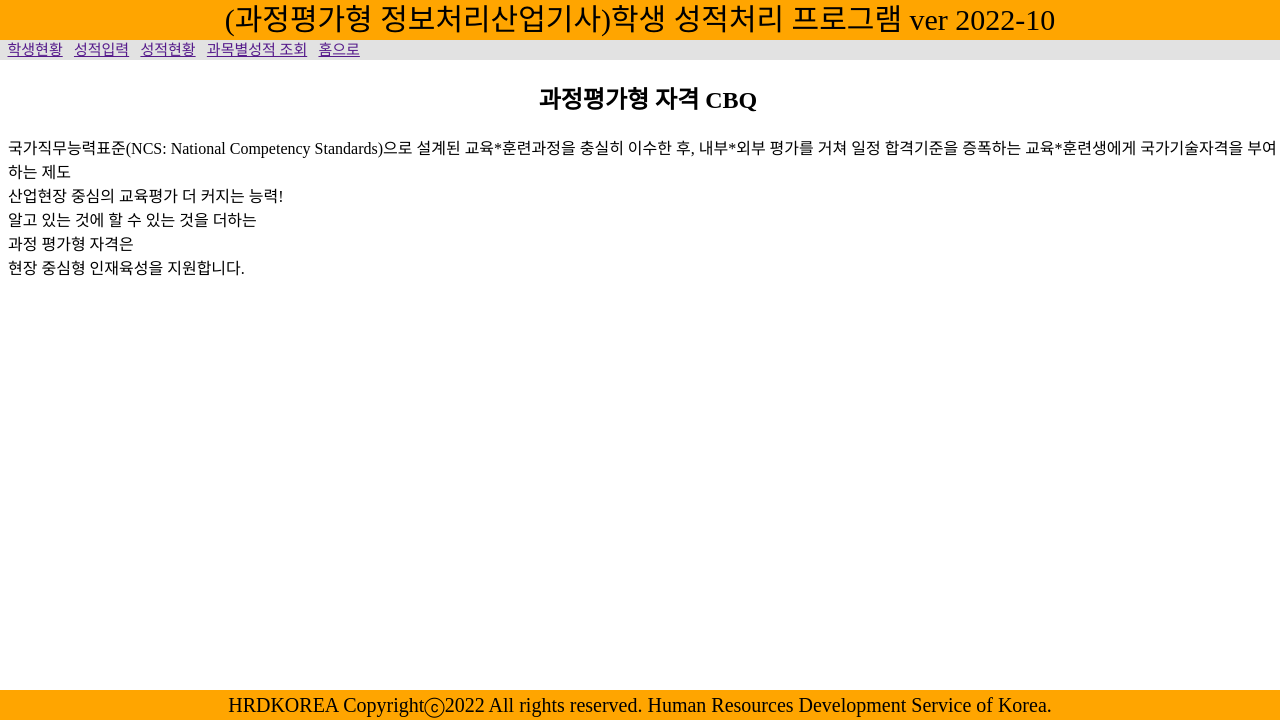
Repository: YeoJeongmo/hrdKorea
Page: http://localhost/HRD_01/
The author's editor kept a copy of each file at every save. The page is drawn from the files as they stood at one save, then again after the next save.
The browser window is 1280 px wide. The pictures show the whole page.
The page is served by Tomcat 9. Other server files are loaded and not shown.

Above is the page before, as saved 2024-09-02 11:40:34.

### cbq_02/workspace/HRD_01/src/main/webapp/index.jsp
<%@ page language="java" contentType="text/html; charset=UTF-8"
    pageEncoding="UTF-8"%>
<!DOCTYPE html>
<html>
<head>
<meta charset="UTF-8">
<title>Insert title here</title>
</head>
<body>
<jsp:include page="header.jsp"></jsp:include>

<section style="position: fixed; top: 60px; width: 100%;">
	<h2 style="text-align: center;">과정평가형 자격 CBQ</h2>
	<p>
	국가직무능력표준(NCS: National Competency Standards)으로 설계된 교육*훈련과정을 충실히 이수한 후, 내부*외부 평가를 거쳐 일정 합격기준을 증폭하는 교육*훈련생에게 국가기술자격을 부여하는 제도<br>
	산업현장 중심의 교육평가 더 커지는 능력!<br>
	알고 있는 것에 할 수 있는 것을 더하는<br>
	과정 평가형 자격은<br>
	현장 중심형 인재육성을 지원합니다.
	</p>
</section>
<jsp:include page="footer.jsp"></jsp:include>

</body>
</html>

### cbq_02/workspace/HRD_01/src/main/webapp/header.jsp
<%@ page language="java" contentType="text/html; charset=UTF-8"
    pageEncoding="UTF-8"%>
<!DOCTYPE html>
<html>
<head>
<meta charset="UTF-8">
<title>Insert title here</title>
</head>
<body>

<header style="position: fixed; top: 0; left: 0; width: 100%; line-height: 40px; height: 40px; font-size: 30px; background-color: orange; color: black; text-align: center;">(과정평가형 정보처리산업기사)학생 성적처리 프로그램 ver 2022-10</header>
<nav style="position: fixed; top: 40px; left: 0; width: 100%; line-height: 20px; height: 20px; font-size: 15px; background-color: #e2e2e2; color: black;">
&nbsp;&nbsp;<a href="">학생현황</a>
&nbsp;&nbsp;<a href="">성적입력</a>
&nbsp;&nbsp;<a href="">성적현황</a>
&nbsp;&nbsp;<a href="">과목별성적 조회</a>
&nbsp;&nbsp;<a href="">홈으로</a>
</nav>

</body>
</html>

### cbq_02/workspace/HRD_01/src/main/webapp/footer.jsp
<%@ page language="java" contentType="text/html; charset=UTF-8"
    pageEncoding="UTF-8"%>
<!DOCTYPE html>
<html>
<head>
<meta charset="UTF-8">
<title>Insert title here</title>
</head>
<body>

<footer style="position: fixed; bottom: 0; left: 0; width: 100%; line-height: 30px; height: 30px; font-size: 20px; background-color: orange; color: black; text-align: center;">HRDKOREA Copyrightⓒ2022 All rights reserved. Human Resources Development Service of Korea.</footer>
</body>
</html>

After the next save:
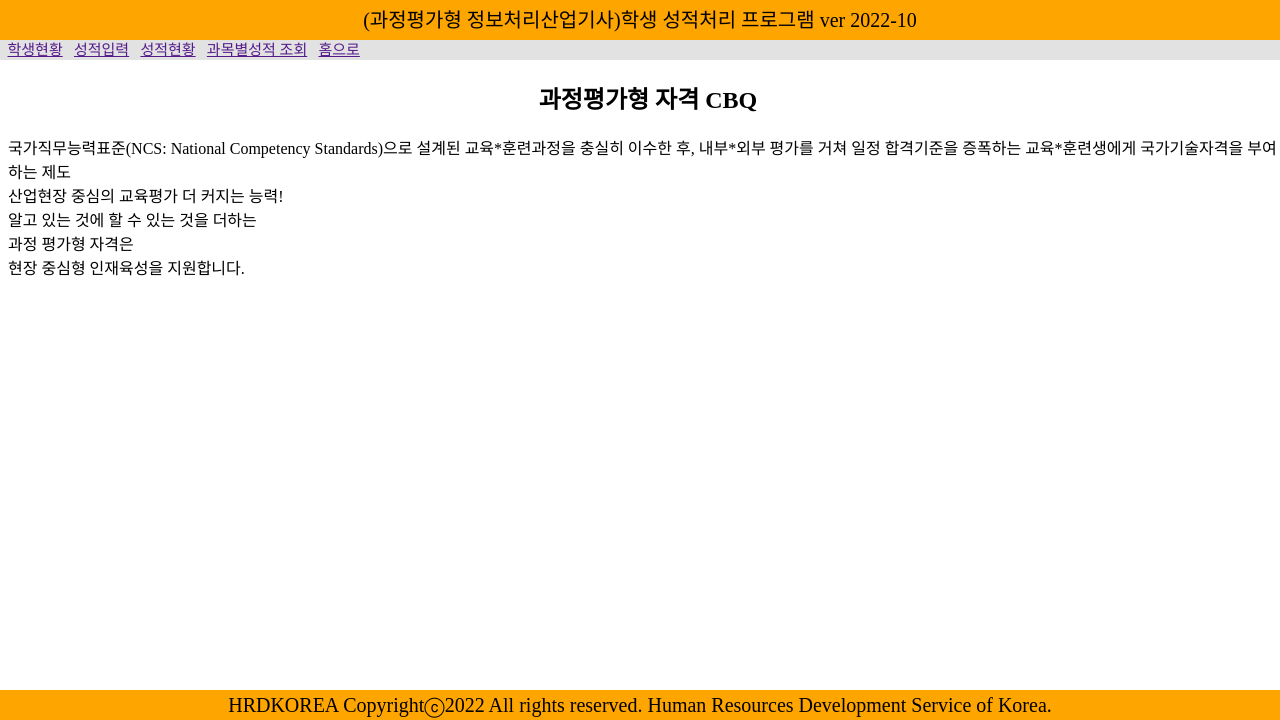
Saved 18 s later.
--- a/cbq_02/workspace/HRD_01/src/main/webapp/header.jsp
+++ b/cbq_02/workspace/HRD_01/src/main/webapp/header.jsp
@@ -8,7 +8,7 @@
 </head>
 <body>
 
-<header style="position: fixed; top: 0; left: 0; width: 100%; line-height: 40px; height: 40px; font-size: 30px; background-color: orange; color: black; text-align: center;">(과정평가형 정보처리산업기사)학생 성적처리 프로그램 ver 2022-10</header>
+<header style="position: fixed; top: 0; left: 0; width: 100%; line-height: 40px; height: 40px; font-size: 20px; background-color: orange; color: black; text-align: center;">(과정평가형 정보처리산업기사)학생 성적처리 프로그램 ver 2022-10</header>
 <nav style="position: fixed; top: 40px; left: 0; width: 100%; line-height: 20px; height: 20px; font-size: 15px; background-color: #e2e2e2; color: black;">
 &nbsp;&nbsp;<a href="">학생현황</a>
 &nbsp;&nbsp;<a href="">성적입력</a>
